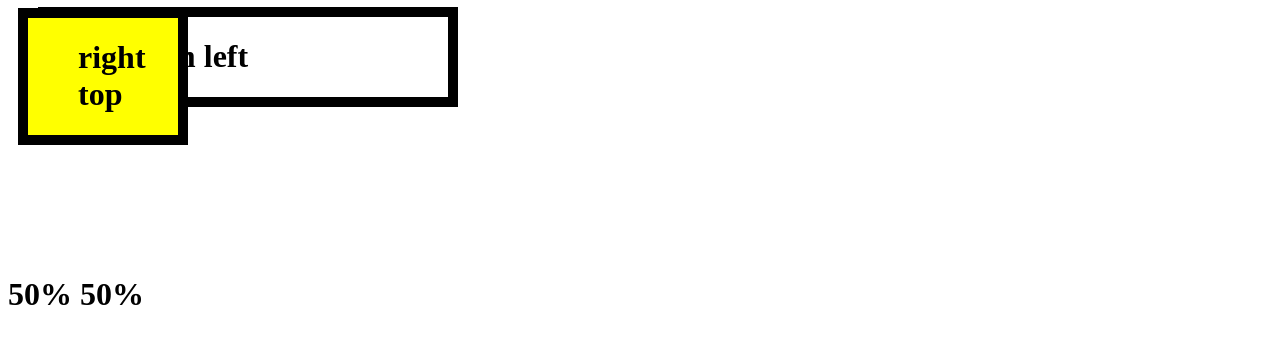
Repository: antonio63j/misNotas
Page: software/CSS/Demos/aptana_proyect/src/absoluto.html
An editor plug-in stored every save of this project. The page is shown before and after the next save, followed by the edit.
The browser window is 1280 px wide. The pictures show the whole page.

Above is the page before, as saved 2017-04-23 15:36:06.

After the next save:
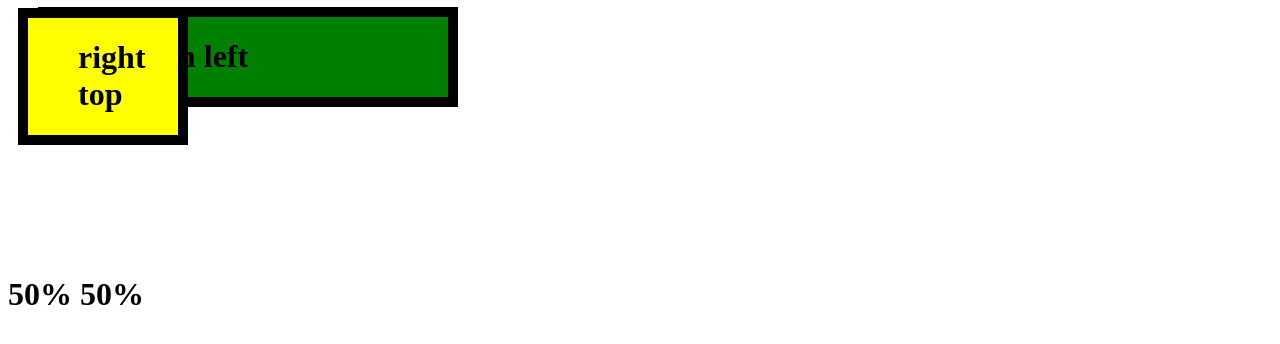
Saved 4 min 15 s later.
--- a/software/CSS/Demos/aptana_proyect/src/absoluto.html
+++ b/software/CSS/Demos/aptana_proyect/src/absoluto.html
@@ -29,7 +29,7 @@
   margin-right:  10px;
   border: 10px solid black;
   margin-bottom:10px;
-  background-color:cian;
+  background-color:green;
 }
 
 #caja2 {
